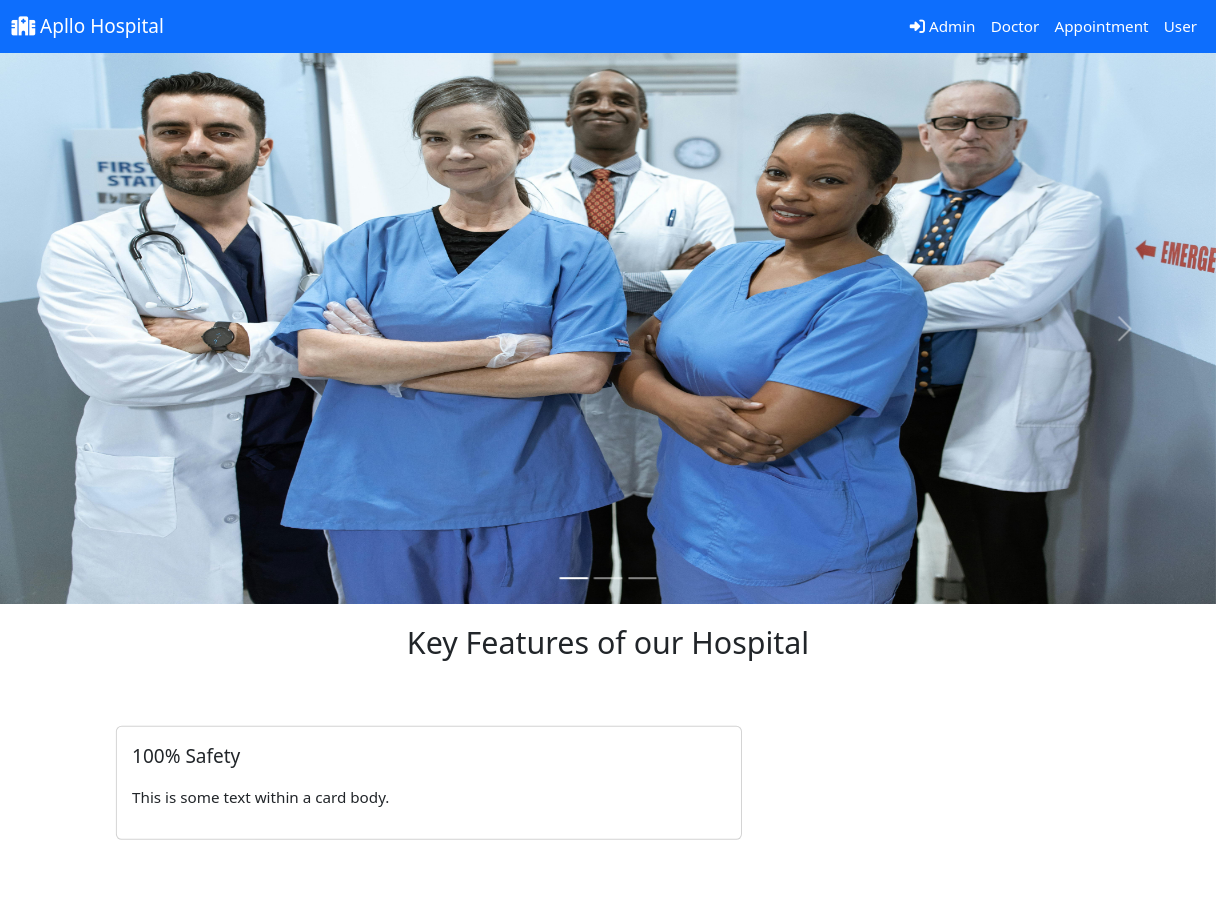
Repository: Subhadip09/Hospital-Management-System
Page: http://localhost/Hospital-Management-System/
An editor plug-in stored every save of this project. The page is shown before and after the next save, followed by the edit.
The browser window is 1280 px wide. The pictures show the whole page, at 95% of full size.
The page is served by Tomcat 9.

Above is the page before, as saved 2024-04-05 17:20:26.

After the next save:
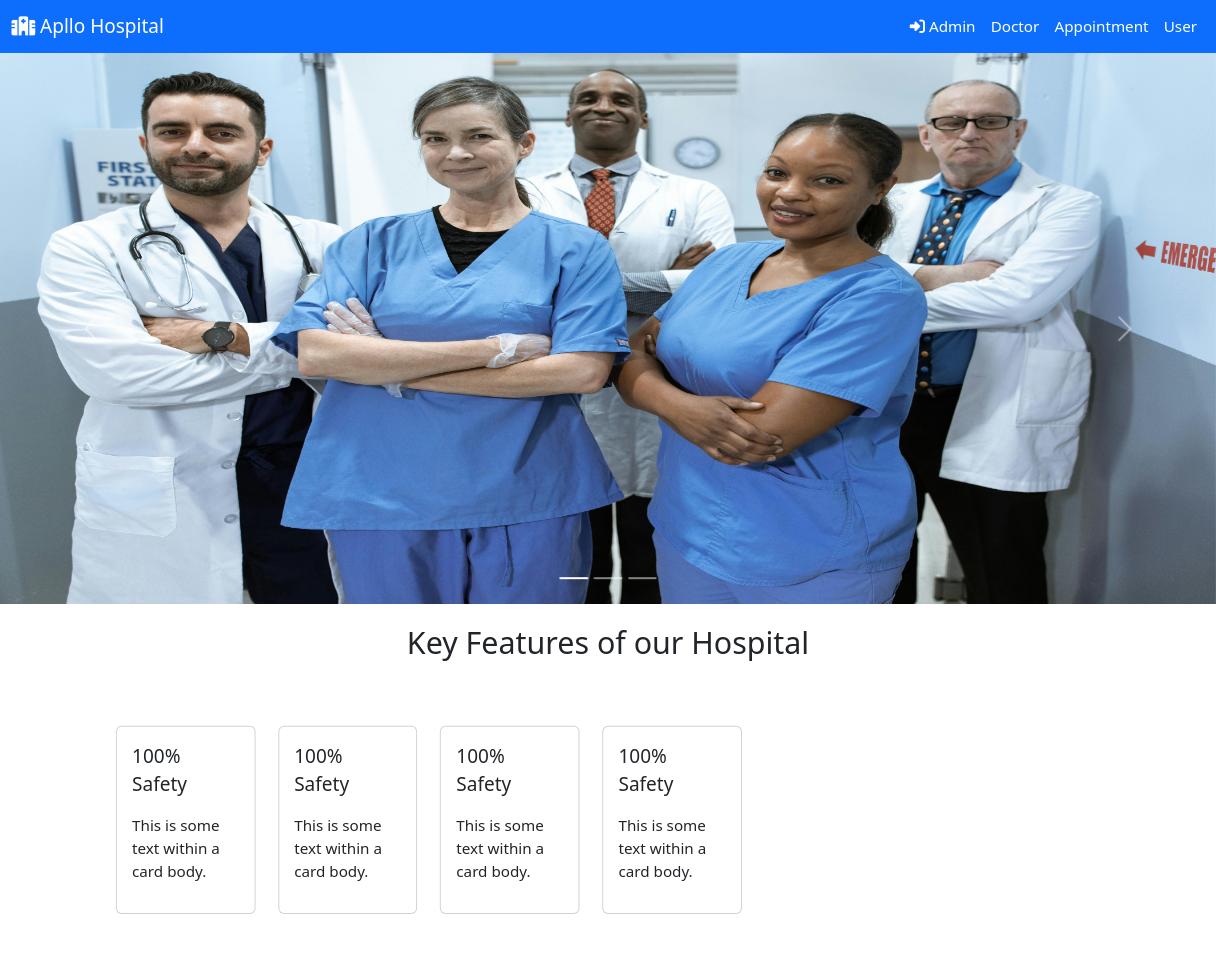
Saved 29 s later.
--- a/Hospital-Management-System/src/main/webapp/index.jsp
+++ b/Hospital-Management-System/src/main/webapp/index.jsp
@@ -52,6 +52,7 @@
 		<div class="row">
 			<div class="col-md-8 p-5">
 				<div class="row">
+
 					<div class="col md-6">
 						<div class="card paint-card">
 							<div class="card-body">
@@ -60,6 +61,34 @@
 							</div>
 						</div>
 					</div>
+
+					<div class="col md-6">
+						<div class="card paint-card">
+							<div class="card-body">
+								<p class="fs-5">100% Safety</p>
+								<p>This is some text within a card body.</p>
+							</div>
+						</div>
+					</div>
+
+					<div class="col md-6">
+						<div class="card paint-card">
+							<div class="card-body">
+								<p class="fs-5">100% Safety</p>
+								<p>This is some text within a card body.</p>
+							</div>
+						</div>
+					</div>
+
+					<div class="col md-6">
+						<div class="card paint-card">
+							<div class="card-body">
+								<p class="fs-5">100% Safety</p>
+								<p>This is some text within a card body.</p>
+							</div>
+						</div>
+					</div>
+
 				</div>
 			</div>
 		</div>
